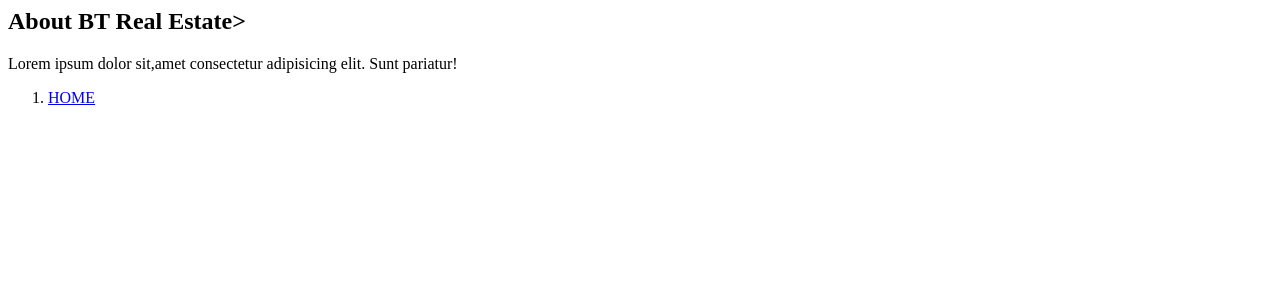
Repository: florin7755/BTRE_PROJECT
Page: http://localhost/accounts/dashboard
The author's editor kept a copy of each file at every save. The page is drawn from the files as they stood at one save, then again after the next save.
The browser window is 1280 px wide. The pictures show the whole page.
The page is served by the project's application, run on Django 4.2 (manage.py).

Above is the page before, as saved 2023-06-27 20:55:44.

After the next save:
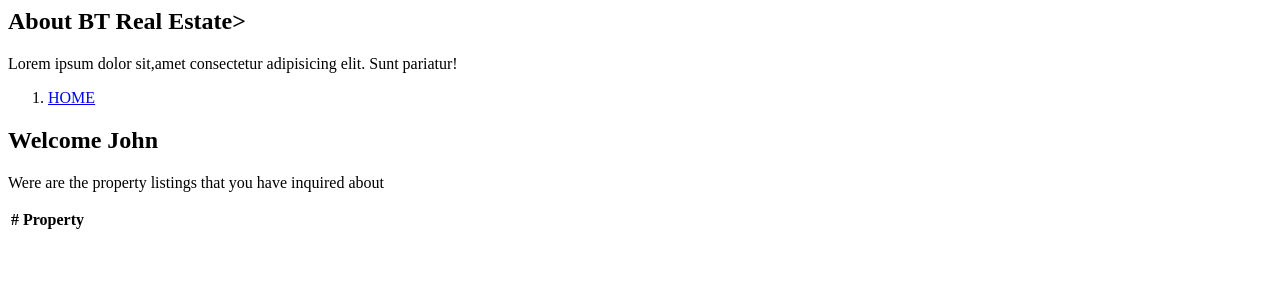
Saved 5 min 16 s later.
--- a/templates/accounts/dashboard.html
+++ b/templates/accounts/dashboard.html
@@ -27,3 +27,21 @@
             </nav>
         </div>
     </section>
+
+
+    <section id='dashboard' class='py-4'>
+        <div class='container'>
+            <div class='row>'>
+                <div class='col-md-12'>
+                    <h2>Welcome John</h2>
+                    <p>Were are the property listings that you have inquired about</p>
+                    <table class='table'>
+                        <thead>
+                            <tr>
+                                <th scope='col'>#</th>
+                                <th scope='col'>Property</th>
+                                <th></th>
+                            </tr>
+                        </thead>
+                        <tbody>
+                            <tr>
